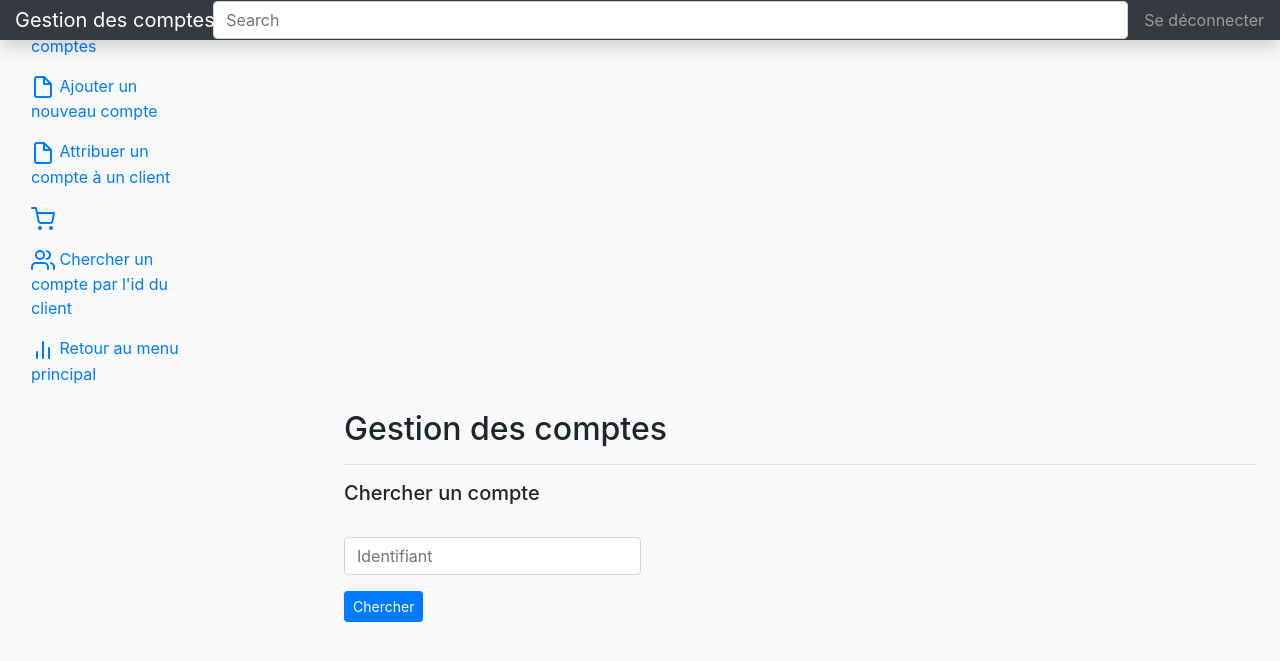
Repository: liiiseee/Projet
Page: http://localhost/02_projet_gestion_clients_compte/recherche-compte.jsp
An editor plug-in stored every save of this project. The page is shown before and after the next save, followed by the edit.
The browser window is 1280 px wide. The pictures show the whole page.
The page is served by Tomcat 9.

Above is the page before, as saved 2020-04-01 09:12:06.
Console error: TypeError: Cannot read properties of null (reading 'length')

After the next save:
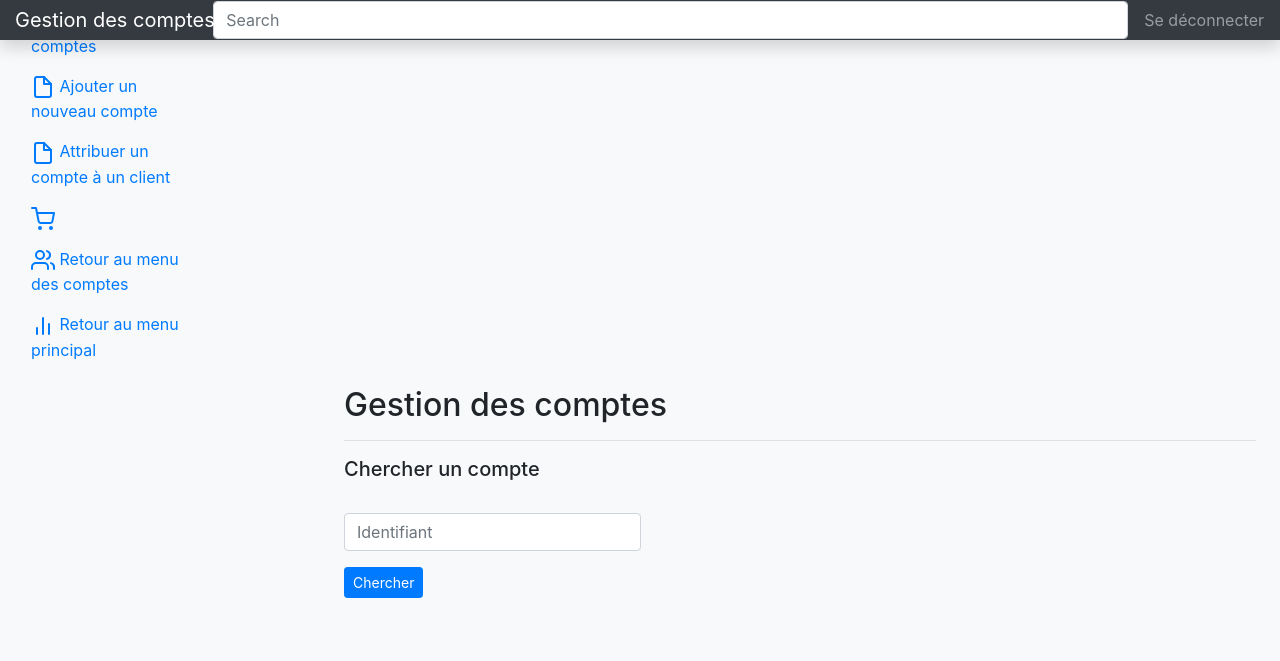
Saved 50 s later.
--- a/02_projet_gestion_clients_compte/WebContent/recherche-compte.jsp
+++ b/02_projet_gestion_clients_compte/WebContent/recherche-compte.jsp
@@ -78,9 +78,9 @@
           </li>
 
           <li class="nav-item">
-            <a class="nav-link" href="chercherParId-compte.jsp">
+            <a class="nav-link" href="menu-comptes.jsp">
               <span data-feather="users"></span>
-             Chercher un compte par l'id du client
+            Retour au menu des comptes
             </a>
           </li>
           <li class="nav-item">
